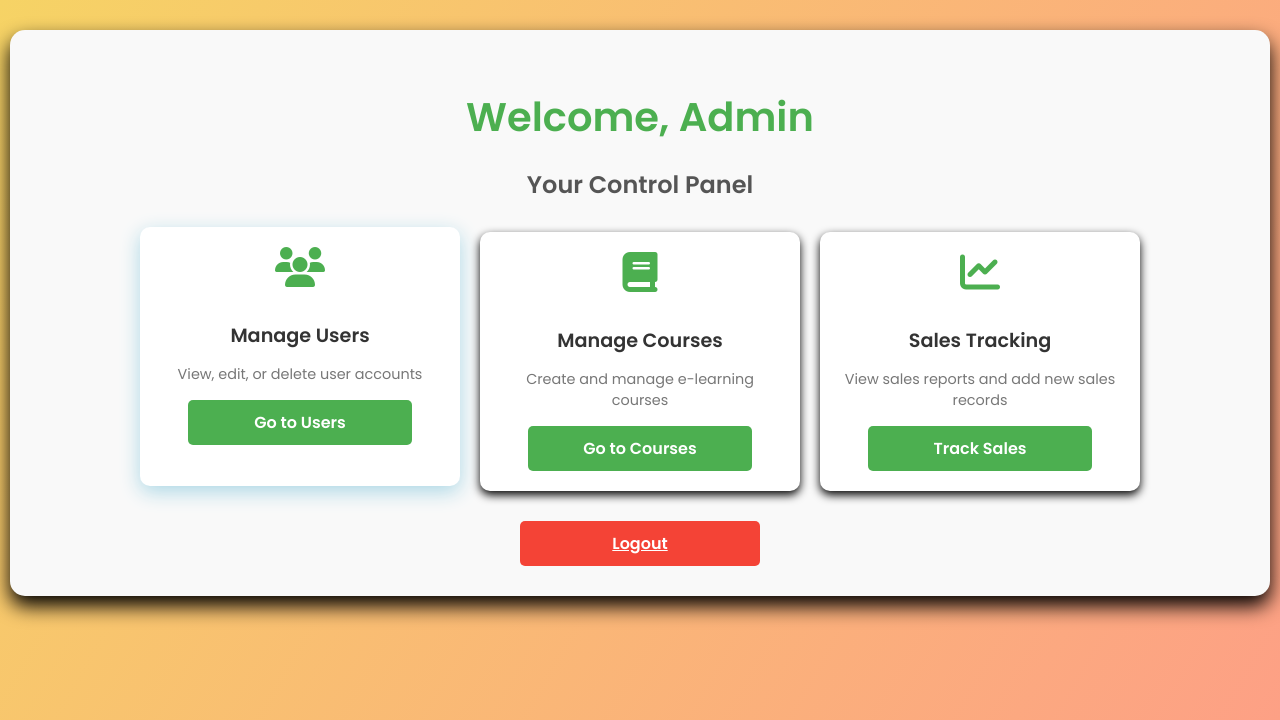
Repository: Syed1818/project
Page: http://localhost/admin_dashboard.php
The author's editor kept a copy of each file at every save. The page is drawn from the files as they stood at one save, then again after the next save.
The browser window is 1280 px wide. The pictures show the whole page.
The pointer rests on the first visible `.action-card`.
Some web libraries are served in a nearby version. The page is run by PHP 8.4 with error messages shown; the project is at /var/www/html/.

Above is the page before, as saved 2024-12-07 15:16:19.

After the next save:
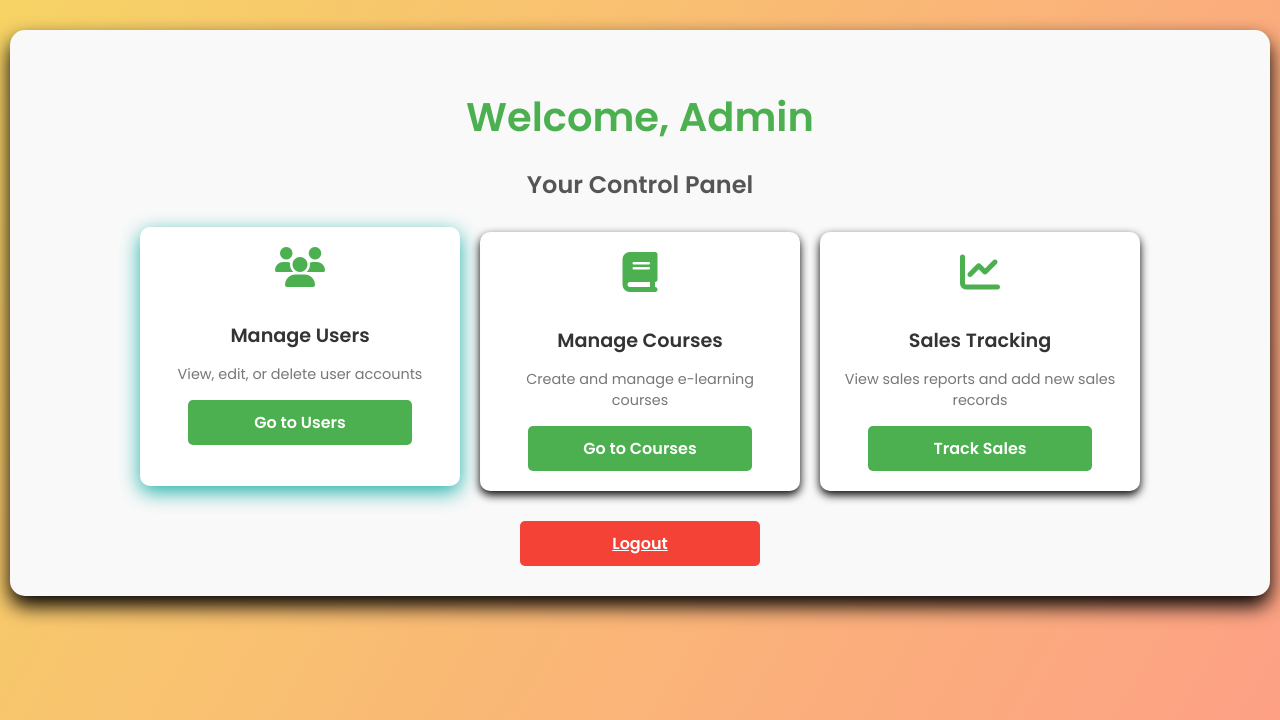
Saved 14 s later.
--- a/admin_dashboard.php
+++ b/admin_dashboard.php
@@ -61,7 +61,7 @@
 
         .action-card:hover {
             transform: translateY(-5px);
-            box-shadow: 0 6px 20px lightblue;
+            box-shadow: 0 6px 20px lightseagreen;
         }
 
         .action-card i {
